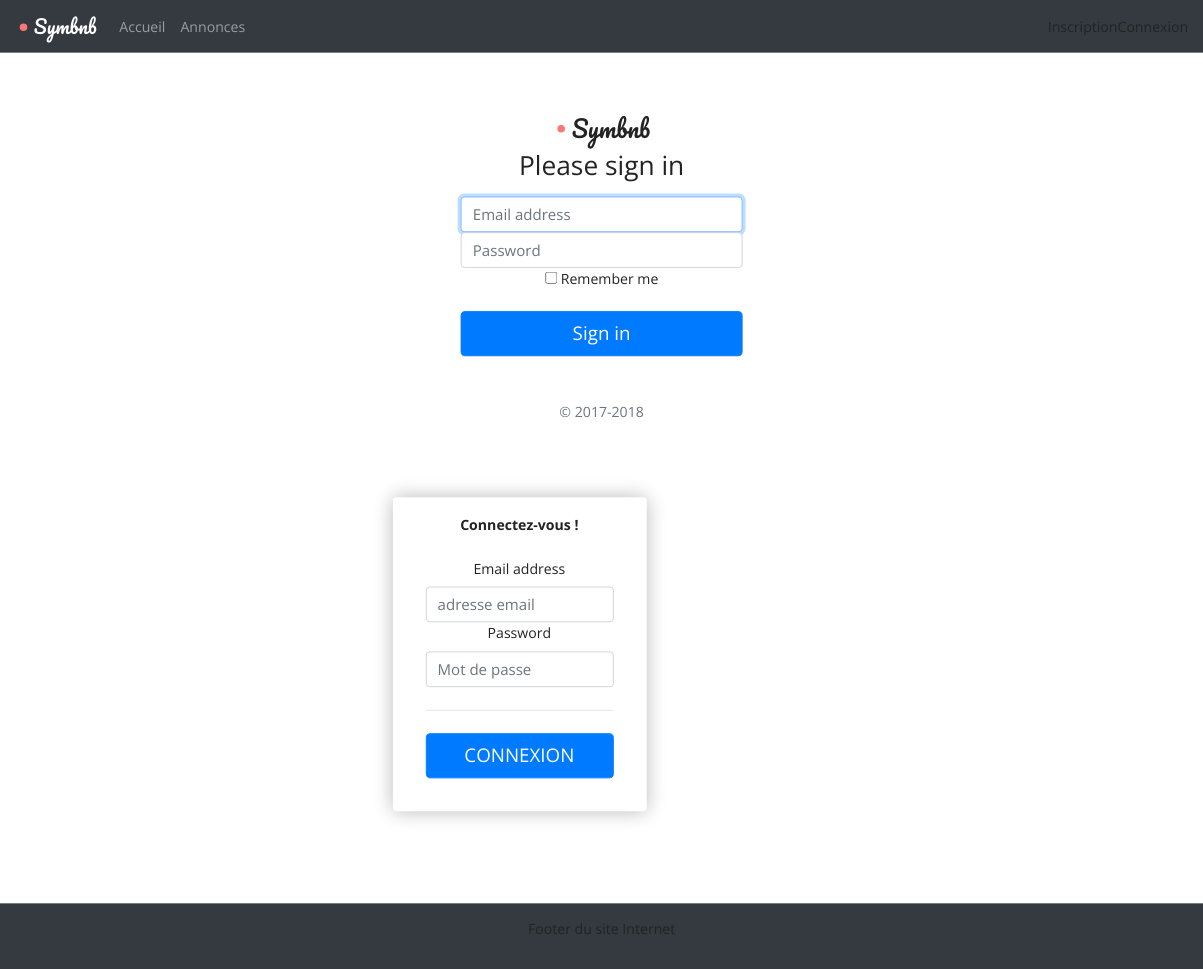
Repository: buzzEclair/symbnb
Page: templates/account/login.html.twig
An editor plug-in stored every save of this project. The page is shown before and after the next save, followed by the edit.
The browser window is 1280 px wide. The pictures show the whole page, at 94% of full size.
The page is a Twig template of a Symfony application; nobody is signed in and links lead nowhere. The template is opened directly, without the code that normally fills it, so the values that code supplies are empty.

Above is the page before, as saved 2019-03-15 14:07:44.

After the next save:
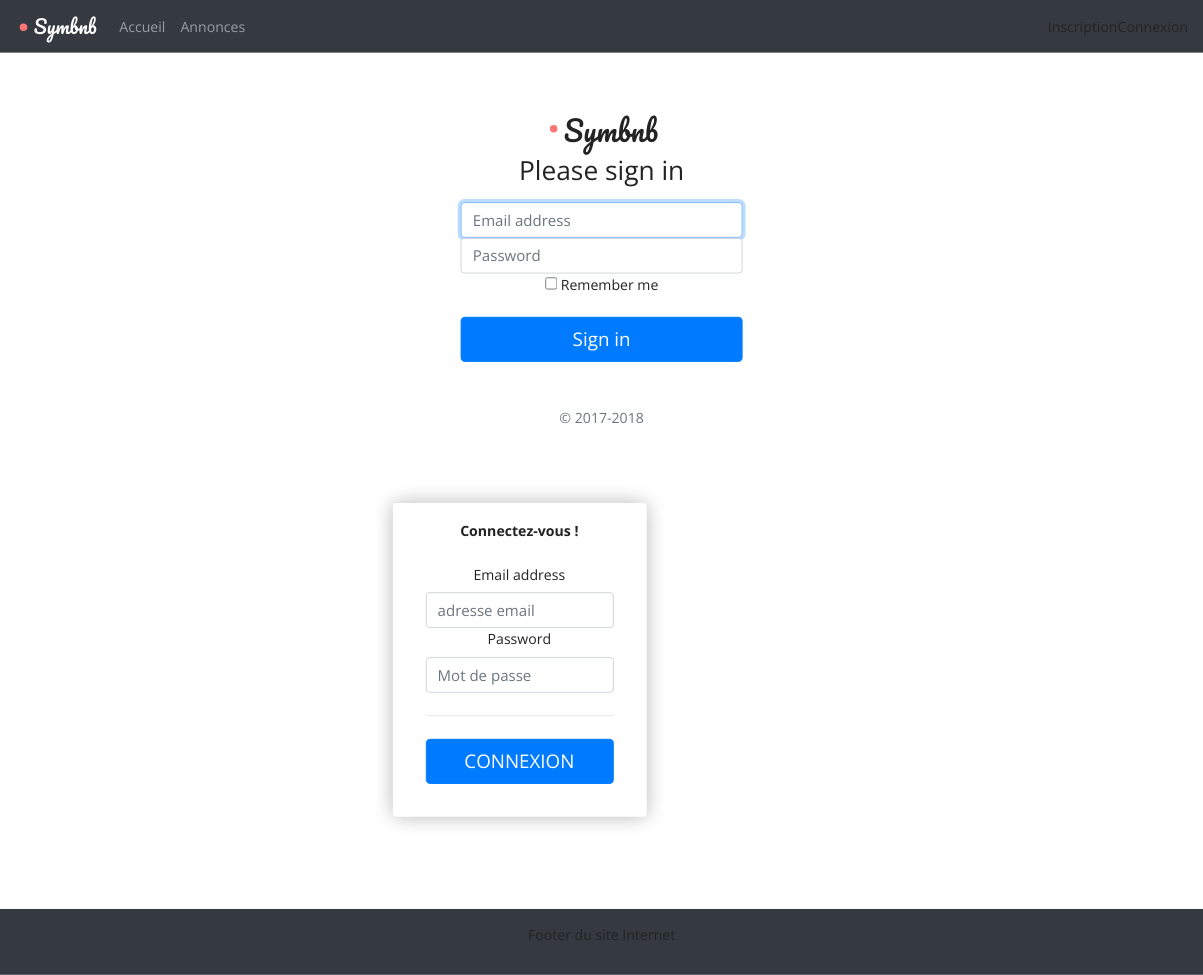
Saved 6 s later.
--- a/public/css/base.css
+++ b/public/css/base.css
@@ -259,5 +259,5 @@ span.price-booking{
 }
 
 h1.logo{
-    font-size: 25px;
-}
+    font-size: 30px;
+}
